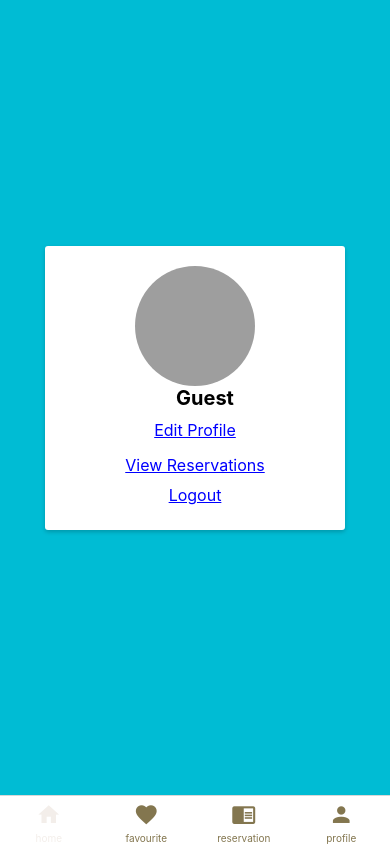
Repository: TemoshoS/restaurant-app
Screen: /profile
These files come from the project's save history. The screen is drawn as it stood at one moment and after a run of saves; the edit follows.
Pictures or frames that could not be fetched are drawn as grey boxes. The page's requests for data from a server got no answer. The app was drawn by React Native's web renderer in a window 390 px wide. The project was rebuilt for these pictures with package versions that can differ from the ones it lists, and the page was loaded fresh each time. No one was signed in, and anything a server would have sent is missing. Also part of the build but not shown: Screens/LoginScreen.js, Screens/RegisterScreen.js, components/navbar.js, components/search.js, Screens/RestaurantScreen.js, Screens/RestaurantDetailsScreen.js, Screens/MenuScreen.js, Screens/ReservationScreen.js and 5 more.

Above is the screen before, as saved 2023-12-27 14:28:17.

### App.js
// Import necessary components and modules
import React, { useEffect, useState } from 'react';
import { StyleSheet } from 'react-native';
import { NavigationContainer } from '@react-navigation/native';
import { createStackNavigator } from '@react-navigation/stack';
import { createBottomTabNavigator } from '@react-navigation/bottom-tabs';
import LoginScreen from './Screens/LoginScreen';
import HomeScreen from './Screens/HomeScreen';
import RegisterScreen from './Screens/RegisterScreen';
import RestaurantScreen from './Screens/RestaurantScreen';
import RestaurantDetailsScreen from './Screens/RestaurantDetailsScreen';
import MenuScreen from './Screens/MenuScreen';
import ReservationScreen from './Screens/ReservationScreen';
import PastReserevationScreen from './Screens/PastReserevationScreen';
import ProfileScreen from './Screens/ProfileScreen';
import store from './store/store';
import { Provider } from 'react-redux';
import MaterialCommunityIcons from 'react-native-vector-icons/MaterialCommunityIcons';
import FavoriteRestaurantScreen from './Screens/FavoriteRestaurantScreen';
import ForgotPasswordScreen from './Screens/ForgotPasswordScreen'
import Dashboard from './Screens/Dashboard';
import EditProfileScreen from './Screens/editProfileScreen';
import { auth } from './config/firebase';

const Stack = createStackNavigator();
const Tab = createBottomTabNavigator();

export default function App() {
  const [isAdmin, setIsAdmin] = useState(false);

  useEffect(() => {
    const checkAdminStatus = async () => {
      const user = auth.currentUser;
      const isAdminUser = user ? user.email === 'temosho@admin.co' : false;
      setIsAdmin(isAdminUser);
      console.log('isAdmin:', isAdminUser);
    };

    checkAdminStatus();
  }, []);

  function MainStack() {
    return (
      <Stack.Navigator initialRouteName='Welcome'>
        <Stack.Screen name="Restaurants" component={RestaurantScreen} options={{ headerShown: false }} />
        <Stack.Screen name='Welcome' component={HomeScreen} options={{ headerShown: false }} />
        <Stack.Screen name='editProfile' component={EditProfileScreen} options={{ headerShown: true }} />
        <Stack.Screen name='Login' component={LoginScreen} options={{ headerShown: false }} />
        <Stack.Screen name='Register' component={RegisterScreen} options={{ headerShown: false }} />
        <Stack.Screen name='Restaurant info' component={RestaurantDetailsScreen} options={{
          headerShown: true,
          headerStyle: {
            backgroundColor: '#83764F',
          },
          headerTitle: '',
          headerTitleStyle: {
            color: '#F3EEEA',
            fontWeight: 'bold',
            fontSize: 18,
          },
          headerTintColor: '#F3EEEA',
          headerBackTitleVisible: false,
          headerBackImage: () => (
            <MaterialCommunityIcons name="arrow-left" size={24} color="#F3EEEA" />
          ),
        }}  />
        <Stack.Screen name='Menu' component={MenuScreen} options={{
          headerShown: true,
          headerStyle: {
            backgroundColor: '#83764F',
          },
          headerTitle: '',
          headerTitleStyle: {
            color: '#F3EEEA',
            fontWeight: 'bold',
            fontSize: 18,
          },
          headerTintColor: '#F3EEEA',
          headerBackTitleVisible: false,
          headerBackImage: () => (
            <MaterialCommunityIcons name="arrow-left" size={24} color="#F3EEEA" />
          ),
        }} />
        {!isAdmin && (
          <Stack.Screen name='ReservationScreen' component={ReservationScreen} options={{
            headerShown: true,
            headerStyle: {
              backgroundColor: '#83764F',
            },
            headerTitle: '',
            headerTitleStyle: {
              color: '#F3EEEA',
              fontWeight: 'bold',
              fontSize: 18,
            },
            headerTintColor: '#F3EEEA',
            headerBackTitleVisible: false,
            headerBackImage: () => (
              <MaterialCommunityIcons name="arrow-left" size={24} color="#F3EEEA" />
            ),
          }}/>
        )}
        <Stack.Screen name='profile' component={ProfileScreen} options={{ headerShown: false }} />
        <Stack.Screen name='dashboard' component={Dashboard} options={{ headerShown: false }} />
        <Stack.Screen name='ForgotPasswordScreen' component={ForgotPasswordScreen} options={{ headerShown: false }} />
      </Stack.Navigator>
    );
  }

  function TabNavigator() {


    return (
      <Tab.Navigator
        tabBarOptions={{
          activeTintColor: '#F3EEEA',
          inactiveTintColor: '#83764F',
        }}
      >
        <Tab.Screen
          name="home"
          component={MainStack}
          options={{
            headerShown: false,
            tabBarIcon: ({ color, size }) => (
              <MaterialCommunityIcons name="home" color={color} size={size} />
            ),
          }}
        />
        {!isAdmin && (
          <Tab.Screen
            name="favourite"
            component={FavoriteRestaurantScreen}
            options={{
              headerShown: false,
              tabBarIcon: ({ color, size }) => (
                <MaterialCommunityIcons name="heart" color={color} size={size} />
              ),
            }}
          />
        )}
        {!isAdmin && (
          <Tab.Screen
            name="reservation"
            component={PastReserevationScreen}
            options={{
              headerShown: false,
              tabBarIcon: ({ color, size }) => (
                <MaterialCommunityIcons name="book-open" color={color} size={size} />
              ),
            }}
          />
        )}
        <Tab.Screen
          name="profile"
          component={ProfileScreen}
          options={{
            headerShown: false,
            tabBarIcon: ({ color, size }) => (
              <MaterialCommunityIcons name="account" color={color} size={size} />
            ),
          }}
        />
      </Tab.Navigator>
    );
  }

  return (
    <Provider store={store}>
      <NavigationContainer>
        <TabNavigator />
      </NavigationContainer>
    </Provider>
  );
}

const styles = StyleSheet.create({
  container: {
    flex: 1,
    backgroundColor: 'black',
    alignItems: 'center',
    justifyContent: 'center',
  },
});

### Screens/HomeScreen.js
import { StyleSheet, Text, View, Image, TouchableOpacity } from 'react-native'
import { useState, useEffect } from 'react';
import { FontAwesome } from '@expo/vector-icons';
import { getAuth, onAuthStateChanged } from 'firebase/auth';
import { useNavigation } from '@react-navigation/native';
import { auth } from '../config/firebase';

const HomeScreen = () => {
    const [user, setUser] = useState(null);
    const navigation = useNavigation();

    useEffect(() => {
        const auth = getAuth();


        const unsubscribe = onAuthStateChanged(auth, (authUser) => {
          if (authUser) {
            setUser(authUser);
          } else {
            setUser(null);
          }
        });

        return () => unsubscribe();
      }, []);




  return (
      <View style={styles.container}>

          <View >
              <FontAwesome style={styles.circle} name="circle" size={140} color="#D9D9D9" />
          </View>

          <Image
              source={require('../assets/cartoon-1299636_1920.png')}
              style={{ width: 200, height: 265.56 }}
          />


          <Text style={styles.welcomeTxt}>Welcome!</Text>
          <Text style={styles.dineTxt}>Dine with your friends</Text>


          <View>
              <TouchableOpacity
                  style={styles.getButton}
                  onPress={() => {
                      if (user) {
                          navigation.navigate('Restaurants')
                      } else {
                          navigation.navigate('Login')
                      }
                  }}
              >
                  <Text style={styles.getTxt}>Get started</Text>

              </TouchableOpacity>
          </View>

      </View>
  )
}

export default HomeScreen

const styles = StyleSheet.create({
    container:{
        flex:1,

        height: 932,
        justifyContent: 'center',
        alignItems:'center',
        backgroundColor: '#83764F',
    },
    circle:{
        marginLeft: 370,
        marginTop: -160,

    },
    welcomeTxt:{
        fontSize: 64,
        fontFamily: 'italiana',
        marginTop: 100,
        color: '#ccc',

    },
    dineTxt:{
        fontSize: 20,
        fontFamily: 'Nothing You Could Do',
        marginBottom: 150,
        color: '#ccc',

    },
    getButton:{
        alignItems: 'center',
        justifyContent: 'center',
        backgroundColor: '#ccc',
        width: 304,
        height: 78,
        borderRadius: 30
    },
    getTxt:{
        color: '#83764F',
        fontSize: 24,
        fontWeight:'bold'
    }
})

### Screens/ProfileScreen.js
import React, { useState, useEffect } from 'react';
import { View, Text, TouchableOpacity, StyleSheet, Image } from 'react-native';
import { getAuth, onAuthStateChanged, signOut } from 'firebase/auth';
import { useNavigation } from '@react-navigation/native';
import * as ImagePicker from 'expo-image-picker';



const ProfileScreen = () => {
  const [currentUser, setCurrentUser] = useState(null);
  const [loading, setLoading] = useState(false);
  const navigation = useNavigation();
  const auth = getAuth();
  const user = auth.currentUser;
  const userId = user ? user.uid : null;
  const isAdmin = user ? user.email === 'temosho@admin.co' : false;
  const [image, setImage] = useState(null);
  useEffect(() => {
    const unsubscribe = onAuthStateChanged(auth, (user) => {
      if (user) {
        setCurrentUser(user.displayName);
      } else {
        setCurrentUser(null);
      }
    });

    return () => unsubscribe();
  }, []);

  const onLogout = () => {
    setLoading(true);

    signOut(auth)
      .then(() => {
        setLoading(false);
        navigation.navigate('Welcome');
      })
      .catch((error) => {
        setLoading(false);
        console.error('Logout error:', error);
      });
  };

  const navigateToPastReservations = () => {
    navigation.navigate('reservation');
  };

  const navigateToEditProfile = () => {
    navigation.navigate('editProfile');
  }

  const adminOrders = () => {
    navigation.navigate('dashboard');
  };

  const pickImage = async () => {
    try {
      let result = await ImagePicker.launchImageLibraryAsync({
        mediaTypes: ImagePicker.MediaTypeOptions.Images,
        allowsEditing: true,
        aspect: [4, 3],
        quality: 1,
      });

      if (!result.cancelled) {
        setImage(result.uri);


        const contentType = "image/jpeg";

        const response = await fetch(result.uri);
        const blob = await response.blob();


        const imageRef = ref(storage, `restaurantImages/${newMenuItem.menuName}`);
        await uploadBytes(imageRef, blob, { contentType });
      }
    } catch (error) {
      console.error('Error picking image:', error);
    }
  };

  return (
    <View style={styles.container}>
      <View style={styles.card}>
        <Image
          source={{ uri: 'https://bootdey.com/img/Content/avatar/avatar6.png' }}
          style={styles.profileImage}
        />
        <View style={styles.profileInfo}>
          <Text style={styles.profileName}>{currentUser ? currentUser : 'Guest'}</Text>
          {user && <Text style={styles.profileEmail}>Email: {user.email}</Text>}
        </View>

        <TouchableOpacity onPress={navigateToEditProfile}>
          <Text style={styles.editProfileButton}>Edit Profile</Text>
        </TouchableOpacity>

        {loading && <ActivityIndicator size="small" color="#0000ff" />}

        {isAdmin ? (
          <TouchableOpacity onPress={adminOrders}>
            <Text style={styles.logoutText}>Dashboard</Text>
          </TouchableOpacity>
        ) : (
          <TouchableOpacity onPress={navigateToPastReservations}>
            <Text style={styles.logoutText}>View Reservations</Text>
          </TouchableOpacity>
        )}
        <TouchableOpacity onPress={onLogout} disabled={loading}>
          <Text style={styles.logoutText}>Logout</Text>
        </TouchableOpacity>
      </View>
    </View>
  );
};

const styles = StyleSheet.create({
  container: {
    flex: 1,
    alignItems: 'center',
    justifyContent: 'center',
    backgroundColor: '#00bcd4',
  },
  card: {
    width: 300,
    padding: 20,
    borderRadius: 3,
    backgroundColor: 'white',
    shadowColor: 'black',
    shadowOffset: { width: 0, height: 2 },
    shadowOpacity: 0.2,
    shadowRadius: 4,
    elevation: 3,
    marginBottom: 20,
    alignItems: 'center',
    justifyContent: 'center',
  },
  profileImage: {
    width: 120,
    height: 120,
    borderRadius: 60,
  },
  profileInfo: {
    marginLeft: 20,
  },
  profileName: {
    fontSize: 20,
    fontWeight: 'bold',
  },
  profileEmail: {
    fontSize: 16,
  },
  profileBio: {
    fontSize: 14,
    color: '#5A5A5A',
    marginTop: 5,
  },
  editProfileButton: {
    color: 'blue',
    fontSize: 16,
    textDecorationLine: 'underline',
    marginVertical: 10,
  },
  badgesCard: {
    flexDirection: 'row',
    padding: 10,
    borderRadius: 3,
    backgroundColor: '#00bcd4',
    color: '#fff',
    width: 280,
    shadowColor: 'black',
    shadowOffset: { width: 0, height: 2 },
    shadowOpacity: 0.2,
    shadowRadius: 4,
    elevation: 3,
    position: 'absolute',
    bottom: 10,
  },
  badgeIcon: {
    fontSize: 16,
    margin: 0,
    opacity: 0.6,
    marginRight: 6,
  },
  logoutText: {
    color: 'blue',
    fontSize: 16,
    textDecorationLine: 'underline',
    marginVertical: 5,
  },
});

export default ProfileScreen;

### store/store.js
import { createStore, applyMiddleware, combineReducers } from 'redux';
import thunk from 'redux-thunk';
import restaurantsReducer from '../reducers/restaurantsReducer';
import reserveReducer from '../reducers/reserveReducer';
import authReducer from '../reducers/authReducer';
import favoriteRestaurantsReducer from '../reducers/favoriteRestaurantsReducer';


const rootReducer = combineReducers({
  restaurants: restaurantsReducer,
  reservation: reserveReducer,
  auth: authReducer,
  favoriteRestaurants: favoriteRestaurantsReducer,

});

const store = createStore(rootReducer, applyMiddleware(thunk));

export default store;

### config/firebase.js
// Import the functions you need from the SDKs you need
import { initializeApp } from "firebase/app";
import { getAnalytics } from "firebase/analytics";

import {getAuth} from 'firebase/auth';
import {getFirestore} from 'firebase/firestore'
// TODO: Add SDKs for Firebase products that you want to use
// https://firebase.google.com/docs/web/setup#available-libraries

// Your web app's Firebase configuration
// For Firebase JS SDK v7.20.0 and later, measurementId is optional
const firebaseConfig = {
  apiKey: "AIzaSyDa4_cUmrR60k82VypxJ_US-F7FEiItCL4",
  authDomain: "restaurant-app-da7bc.firebaseapp.com",
  projectId: "restaurant-app-da7bc",
  storageBucket: "restaurant-app-da7bc.appspot.com",
  messagingSenderId: "598136487640",
  appId: "1:598136487640:web:f77577fdc1710db8c1a1ad",
  measurementId: "G-6D4DHL06Z0"
};

// Initialize Firebase
const app = initializeApp(firebaseConfig);
const analytics = getAnalytics(app);

const auth = getAuth(app)
const db = getFirestore(app)
export {auth, db}

### actions/authActions.js
import { sendPasswordResetEmail } from 'firebase/auth';
import { auth } from '../config/firebase';
import { getAuth, onAuthStateChanged, signOut } from 'firebase/auth';
export const LOGIN_SUCCESS = 'LOGIN_SUCCESS';
export const REGISTER_SUCCESS = 'REGISTER_SUCCESS';
export const FORGOT_PASSWORD_REQUEST = 'FORGOT_PASSWORD_REQUEST';
export const FORGOT_PASSWORD_SUCCESS = 'FORGOT_PASSWORD_SUCCESS';
export const FORGOT_PASSWORD_FAILURE = 'FORGOT_PASSWORD_FAILURE';
export const LOGOUT = 'LOGOUT';

export const loginSuccess = (user) => ({
  type: LOGIN_SUCCESS,
  payload: user,
});

export const registerSuccess = (user) => ({
  type: REGISTER_SUCCESS,
  payload: user,
});

export const forgotPasswordRequest = () => ({
  type: FORGOT_PASSWORD_REQUEST,
});

export const forgotPasswordSuccess = () => ({
  type: FORGOT_PASSWORD_SUCCESS,
});

export const forgotPasswordFailure = (error) => ({
  type: FORGOT_PASSWORD_FAILURE,
  payload: error,
});

export const forgotPassword = (email) => {
  return async (dispatch) => {
    dispatch(forgotPasswordRequest());

    try {
      await sendPasswordResetEmail(auth, email);
      dispatch(forgotPasswordSuccess());
    } catch (error) {
      dispatch(forgotPasswordFailure(error));
    }
  };
};

export const logout = () => ({
  type: LOGOUT,
});

### actions/restaurant.js
import { db } from "../config/firebase";
import { collection ,getDocs} from "firebase/firestore";

export const FETCH_RESTAURANTS = 'FETCH_RESTAURANTS';

export const fetchRestaurants = () => {
  return async (dispatch) => {
    const restaurantsCollection = collection(db, 'restaurants');
    const snapshot = await getDocs(restaurantsCollection);
    const restaurants = [];
    snapshot.forEach((doc) => {
      restaurants.push(doc.data());
    });
    dispatch({ type: FETCH_RESTAURANTS, payload: restaurants });
  };
};

### actions/reserveAction.js
import { db } from "../config/firebase";
import { collection, addDoc, getDocs, query, where } from "firebase/firestore";

export const RESERVE_SUCCESS = "RESERVE_SUCCESS";
export const RESERVE_FAILURE = "RESERVE_FAILURE";
export const FETCH_ALL_RESERVATIONS = 'FETCH_ALL_RESERVATIONS';
export const FETCH_PAST_RESERVATIONS = 'ETCH_PAST_RESERVATIONS';


export const reserveTable = (reservationData) => {
  return async (dispatch) => {
    try {
      // Save the reservation data to Firestore
      const ordersCollection = collection(db, "Orders");
      const docRef = await addDoc(ordersCollection, reservationData);


      dispatch({ type: RESERVE_SUCCESS, payload: docRef });
    } catch (error) {

      dispatch({ type: RESERVE_FAILURE, payload: error.message });
    }
  };
};

export const fetchPastReservations = (userId) => {
  return async (dispatch) => {
    try {

      //query to fetch reservations based on the userId
      const reservationsCollection = collection(db, 'Orders');
      const userQuery = query(reservationsCollection, where('userId', '==', userId));

      const snapshot = await getDocs(userQuery);

      const pastReservations = [];
      snapshot.forEach((doc) => {
        pastReservations.push(doc.data());
      });


      dispatch({ type: FETCH_PAST_RESERVATIONS, payload: pastReservations });
    } catch (error) {
      // Handle errors
      console.error('Error fetching past reservations:', error);
    }
  };
}


export const fetchAllReservations = () => {
  return async (dispatch) => {
    try {
      // Query to fetch all reservations
      const reservationsCollection = collection(db, 'Orders');
      const snapshot = await getDocs(reservationsCollection);
      const allReservations = [];

      snapshot.forEach((doc) => {
        allReservations.push(doc.data());
      });

      dispatch({ type: FETCH_ALL_RESERVATIONS, payload: allReservations });
    } catch (error) {
      console.error('Error fetching all reservations:', error);
    }
  };
};

### reducers/restaurantsReducer.js
import { FETCH_RESTAURANTS } from "../actions/restaurant";


const initialState = {
    restaurants: [],
};

const restaurantsReducer = (state = initialState, action) =>{

    switch (action.type) {
        case FETCH_RESTAURANTS:
          return { ...state, restaurants: action.payload };
        default:
          return state;
      }


};

export default restaurantsReducer;

### reducers/reserveReducer.js
import { RESERVE_SUCCESS, RESERVE_FAILURE, FETCH_PAST_RESERVATIONS,FETCH_ALL_RESERVATIONS } from "../actions/reserveAction";

const initialState = {
  reservationSuccess: null,
  reservationError: null,
  pastReservations: [],
  allReservations: [],
  loading: false,
};

const reserveReducer = (state = initialState, action) => {
  switch (action.type) {
    case RESERVE_SUCCESS:
      return { ...state, reservationSuccess: action.payload, reservationError: null };
    case RESERVE_FAILURE:
      return { ...state, reservationSuccess: null, reservationError: action.payload };
    case FETCH_PAST_RESERVATIONS:
      return { ...state, pastReservations: action.payload };
      case FETCH_ALL_RESERVATIONS:
        return { ...state, allReservations: action.payload, loading: false };
    default:
      return state;
  }
};

export default reserveReducer;

### reducers/authReducer.js
import {
  LOGIN_SUCCESS,
  REGISTER_SUCCESS,
  LOGOUT ,
  FORGOT_PASSWORD_REQUEST,
  FORGOT_PASSWORD_SUCCESS,
  FORGOT_PASSWORD_FAILURE,} from '../actions/authActions';

const initialState = {
  user: null,
  isAuthenticated: false,
  forgotPasswordLoading: false,
  forgotPasswordSuccess: false,
  forgotPasswordError: null,

};

const authReducer = (state = initialState, action) => {
  switch (action.type) {
    case LOGIN_SUCCESS:
    case REGISTER_SUCCESS:
      return {
        ...state,
        user: action.payload,
        isAuthenticated: true,
      };
      case FORGOT_PASSWORD_REQUEST:
        return {
          ...state,
          forgotPasswordLoading: true,
          forgotPasswordSuccess: false,
          forgotPasswordError: null,
        };
      case FORGOT_PASSWORD_SUCCESS:
        return {
          ...state,
          forgotPasswordLoading: false,
          forgotPasswordSuccess: true,
          forgotPasswordError: null,
        };
      case FORGOT_PASSWORD_FAILURE:
      return {
        ...state,
        forgotPasswordLoading: false,
        forgotPasswordSuccess: false,
        forgotPasswordError: action.payload,
      };
    case LOGOUT:
      return {
        ...state,
        user: null,
        isAuthenticated: false,
      };
    default:
      return state;
  }
};

export default authReducer;

### reducers/favoriteRestaurantsReducer.js
import { FETCH_FAV_RESTAURANTS } from "../actions/favoriteRestaurantActions";


const initialState = {
    favRestaurants: [],
};

const favRestaurantsReducer = (state = initialState, action) =>{

    switch (action.type) {
        case FETCH_FAV_RESTAURANTS:
          return { ...state, favRestaurants: action.payload };
        default:
          return state;
      }


};

export default favRestaurantsReducer;

### actions/favoriteRestaurantActions.js
import { db } from "../config/firebase";
import { collection ,getDocs} from "firebase/firestore";

export const FETCH_FAV_RESTAURANTS = 'FETCH_FAV_RESTAURANTS';

export const fetchFavouriteRestaurants = () => {
  return async (dispatch) => {
    const restaurantsCollection = collection(db, 'favouriteRestaurants');
    const snapshot = await getDocs(restaurantsCollection);
    const favRestaurants = [];
    snapshot.forEach((doc) => {
      favRestaurants.push(doc.data());
    });
    dispatch({ type: FETCH_FAV_RESTAURANTS, payload: favRestaurants });
  };
};

After the next 2 saves:
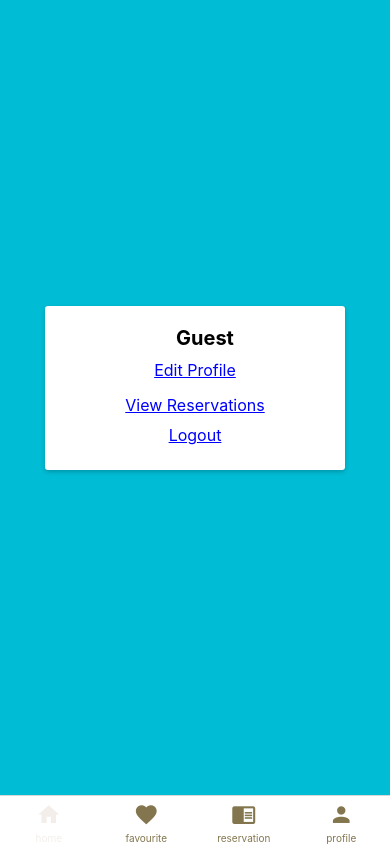
The 2 saves are shown as one change because they came seconds apart.
The last was saved 81 s later.
--- a/Screens/ProfileScreen.js
+++ b/Screens/ProfileScreen.js
@@ -83,10 +83,10 @@ const ProfileScreen = () => {
   return (
     <View style={styles.container}>
       <View style={styles.card}>
-        <Image
+      {image && <Image
           source={{ uri: 'https://bootdey.com/img/Content/avatar/avatar6.png' }}
           style={styles.profileImage}
-        />
+        />}
         <View style={styles.profileInfo}>
           <Text style={styles.profileName}>{currentUser ? currentUser : 'Guest'}</Text>
           {user && <Text style={styles.profileEmail}>Email: {user.email}</Text>}
